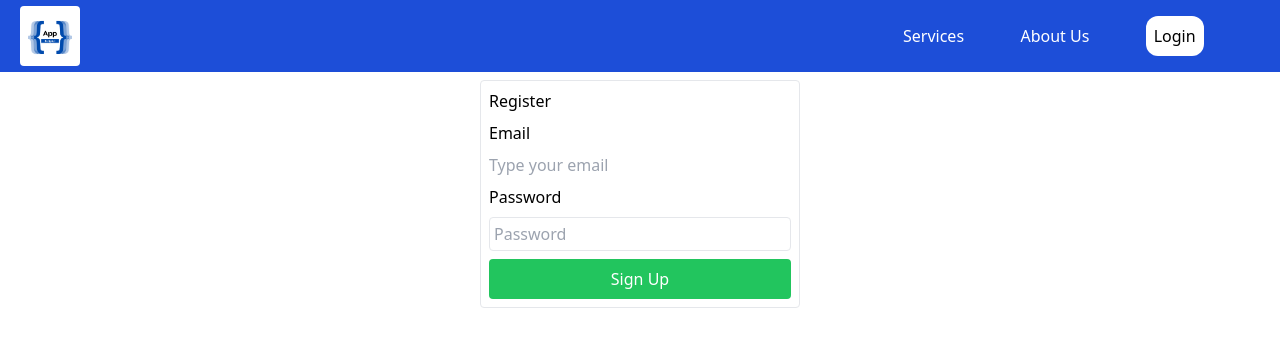
Repository: Cotizacionact/appscriptersvelte
Page: /Auth
These files come from the project's save history. The page is drawn as it stood at one moment and after the next save; the edit follows.
The browser window is 1280 px wide. The pictures show the whole page.
The page's requests for data from a server got no answer. The project was rebuilt for these pictures with package versions that can differ from the ones it lists, and the page was loaded fresh each time. The framework's server and built-in components were replaced by stand-ins that run in the browser. No one was signed in, and anything a server would have sent is missing. Also part of the build but not shown: svelte.config.js, vite.config.ts.

Above is the page before, as saved 2023-08-20 02:15:27.

### src/routes/+layout.svelte
<script>
	import PublicNav from "$lib/Public/Navegation/PublicNav.svelte";
    import "../app.css";
</script>
<PublicNav></PublicNav>
  <slot />

### src/routes/Auth/+page.svelte
<script lang="ts">
	import Register from "./register.svelte";
    import type {Component} from "$lib"

    let state:number = 0

    let StateHandler:{[key:number]:Component} = {
        0:Register
    }
</script>

<svelte:component this={StateHandler[state]}></svelte:component>

### src/routes/Auth/+page.server.ts
import { supabase } from "../../supabaseClient";
import { fail, redirect, type Actions } from "@sveltejs/kit";
import { AuthApiError } from "@supabase/supabase-js";




export const actions: Actions = {
    register:async ({request,locals})=>{
        const body = Object.fromEntries(await request.formData())
        const {data,error:err} = await supabase.auth.signUp({
            email:body.email as string,
            password:body.password as string
        })

        if(err){
            if(err instanceof AuthApiError && err.status === 400){
                return fail(400,{
                    error:"Invalid email or password"
                })
            }
            return fail(500, {error:"Server error. Please try again later."})
        }
        throw redirect(303, "/Private")
    }
};

### src/lib/Public/Navegation/PublicNav.svelte
<script>
    let show = false

</script>

<header class="w-full flex items-center justify-between bg-[#1d4ed8] p-5 h-[10vh]">
    <img src="/Images/Logo_Original.png" width={60} class="rounded bg-white p-2" alt="Logo"/>
    <div class=" hidden sm:flex w-1/3 justify-evenly text-white items-center">
        <p>Services</p>
        <p>About Us</p>
        <p class="bg-white text-black p-2 rounded-xl">Login</p>
    </div>
    <div class="space-y-2 border p-2 rounded sm:hidden">
      <div class="w-8 h-1 bg-white"></div>
      <div class="w-8 h-1 bg-white"></div>
      <div class="w-8 h-1 bg-white"></div>
    </div>
    {#if show=== true}
    <div class="absolute w-1/3 bg-white border right-0 bottom-[-100%] rounded p-2">
      <p class="border-b text-center hover:bg-gray-200 hover:rounded">Services</p>
      <p class="border-b text-center hover:bg-gray-200 hover:rounded">About Us</p>
      <p class="text-center bg-green-500 hover:bg-green-700 rounded font-bold text-white">Login</p>
    </div>
   {/if}
</header>

### src/routes/Auth/register.svelte
<script lang="ts">

</script>

<main class="flex justify-center">
    <form action="?/register" method="POST" class="flex flex-col md:w-1/4 border rounded my-2 p-2 space-y-2">
        <h1>Register</h1>
        <label for="email">Email</label>
        <input type="text" name="email" id="email" placeholder="Type your email"/>
        <label for="password">Password</label>
        <input class="rounded border p-1" type="password" name="password" id="password" placeholder="Password"/>
        <button class="bg-green-500 text-white p-2 rounded hover:bg-green-700 active:bg-green-900">Sign Up</button>
    </form>
</main>

### src/supabaseClient.ts

import { PUBLIC_SUPABASE_ANON_KEY, PUBLIC_SUPABASE_URL } from '$env/static/public'
import { createClient } from '@supabase/supabase-js'

// Create a single supabase client for interacting with your database
export const supabase = createClient(PUBLIC_SUPABASE_URL, PUBLIC_SUPABASE_ANON_KEY)

Loaded but not shown: src/app.html (common file); src/app.css (common file); tailwind.config.js (common file)

After the next save:
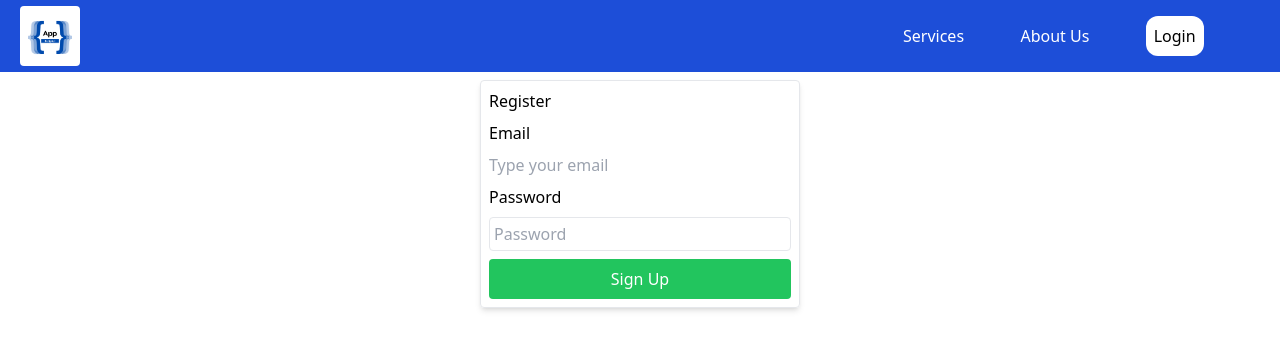
Saved 11 s later.
--- a/src/routes/Auth/register.svelte
+++ b/src/routes/Auth/register.svelte
@@ -3,7 +3,7 @@
 </script>
 
 <main class="flex justify-center">
-    <form action="?/register" method="POST" class="flex flex-col md:w-1/4 border rounded my-2 p-2 space-y-2">
+    <form action="?/register" method="POST" class="shadow-md flex flex-col md:w-1/4 border rounded my-2 p-2 space-y-2">
         <h1>Register</h1>
         <label for="email">Email</label>
         <input type="text" name="email" id="email" placeholder="Type your email"/>
